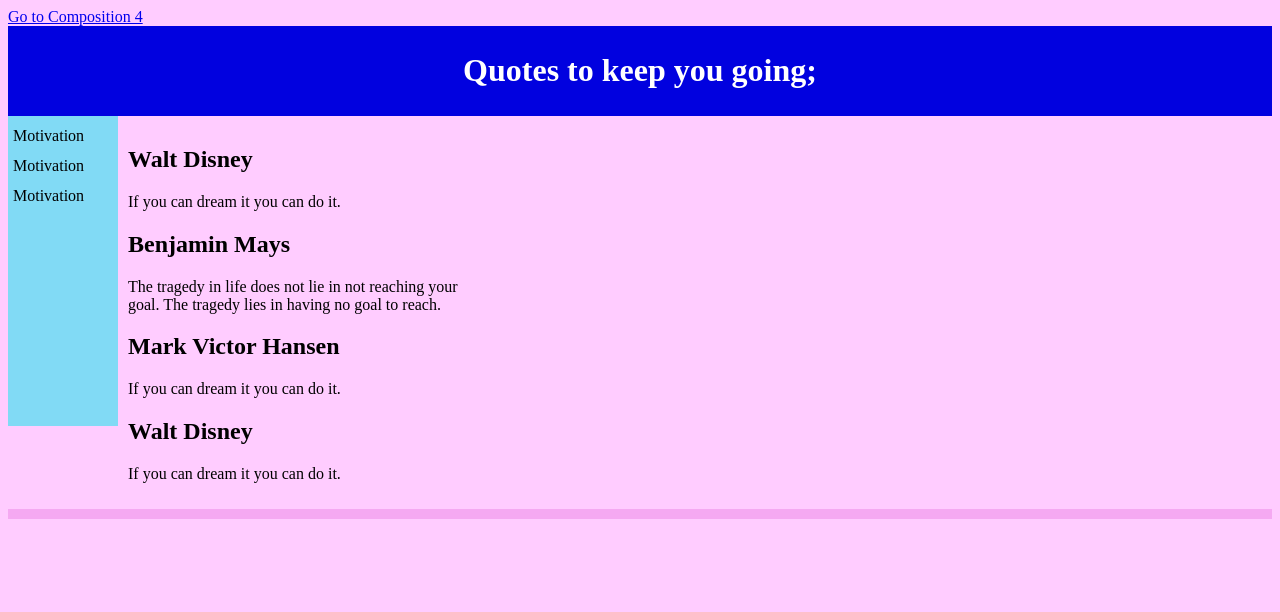
Repository: dominiquedevito/dominiquedevito.github.io
Page: 5compositions/composition3.html
The author's editor kept a record of every edit. The page is drawn from the files as they stood at one moment, then again after the next edit.
The browser window is 1280 px wide. The pictures show the whole page.

Above is the page before.

After the next edit:
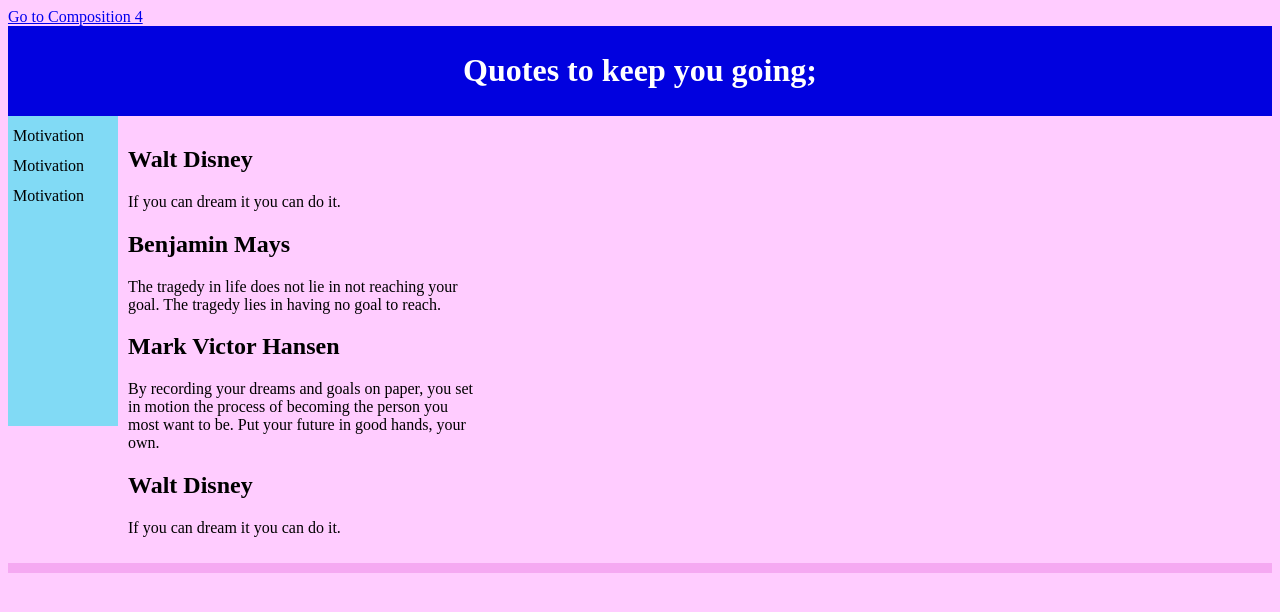
The edit:
--- a/5compositions/composition3.html
+++ b/5compositions/composition3.html
@@ -29,7 +29,7 @@
 </p>
 <h2>Mark Victor Hansen</h2>
 <p>
-If you can dream it you can do it.
+By recording your dreams and goals on paper, you set in motion the process of becoming the person you most want to be. Put your future in good hands, your own.
 </p>
 <h2>Walt Disney</h2>
 <p>
